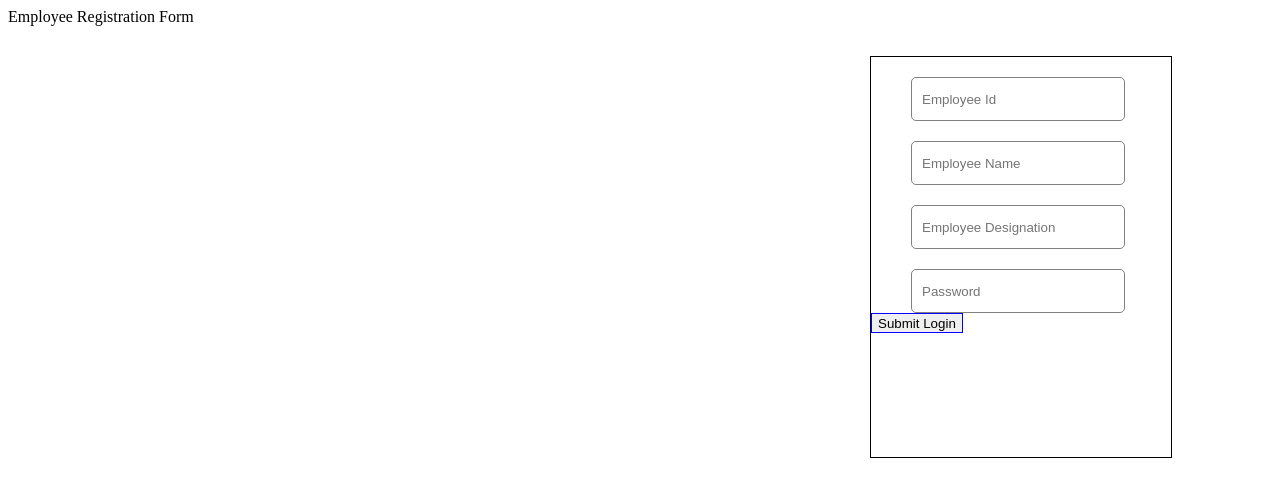
Repository: robin9533/Basic-Programs-App.
Page: GW-Genial Work Proj/GT_GenialToil/WebContent/EmployeeSignup.html
The author's editor kept a copy of each file at every save. The page is drawn from the files as they stood at one save, then again after the next save.
The browser window is 1280 px wide. The pictures show the whole page.

Above is the page before, as saved 2019-05-10 07:03:29.

### GW-Genial Work Proj/GT_GenialToil/WebContent/EmployeeSignup.html
<!DOCTYPE html>
<html>
<head>Employee Registration Form
<meta charset="ISO-8859-1">
<title>Employee Registration Form </title>
<link rel="Stylesheet" type="text/css" href="EmployeeSignup.css">
</head>
<body>
<br>

<div class ="registrationblock">

<Form>

<input type = "text" name="empId" placeholder="Employee Id">
<input type ="text" name="empName" placeholder="Employee Name">
<input type ="text" name = "empDes" placeholder="Employee Designation">
<input type = "password" name = "empPass" placeholder="Password">
<button type="button">Submit Login</button>

</Form>
</div>

</body>
</html>

### GW-Genial Work Proj/GT_GenialToil/WebContent/EmployeeSignup.css
@charset "ISO-8859-1";

.body{
	background-color: blue;
}
.registrationblock {
	height:400px;
	width: 300px;
	float:right;
	border:1px solid black;
	margin-top: 30px;
	margin-right: 100px
}
.registrationblock input{
	width: 200px;
	height:40px;
	margin-top: 20px;
	margin-left:40px;
	border: none;
	border:1px solid gray;
	border-radius: 5px;
	padding-left: 10px;
}
.registrationblock button{
	widht:100px;
	height: 20px;
	border: 1px solid blue;
	}
.h1{
	center
	}

After the next save:
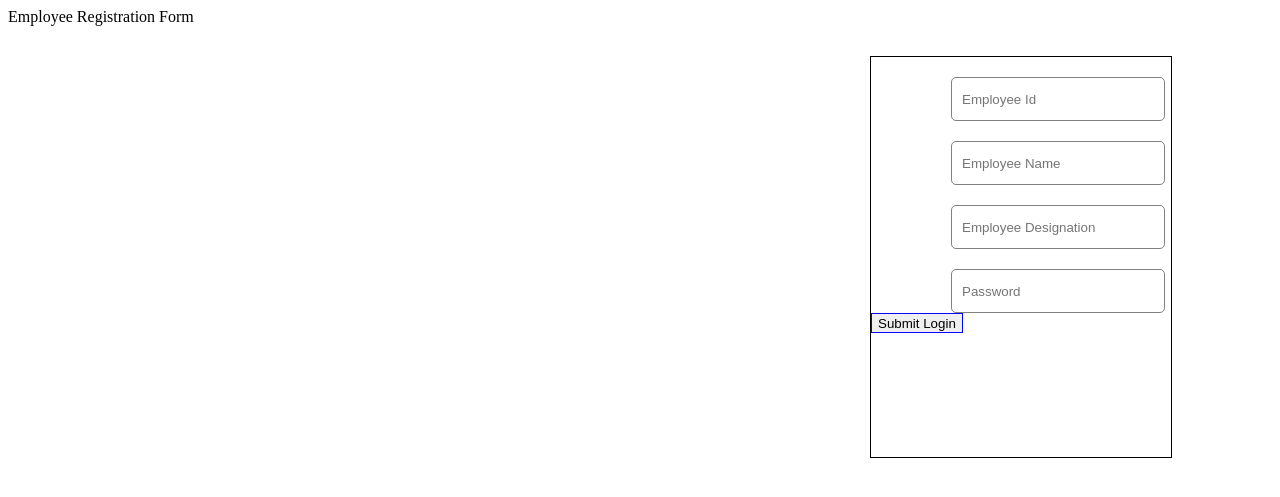
Saved 11 s later.
--- a/GW-Genial Work Proj/GT_GenialToil/WebContent/EmployeeSignup.css
+++ b/GW-Genial Work Proj/GT_GenialToil/WebContent/EmployeeSignup.css
@@ -15,7 +15,7 @@
 	width: 200px;
 	height:40px;
 	margin-top: 20px;
-	margin-left:40px;
+	margin-left:80px;
 	border: none;
 	border:1px solid gray;
 	border-radius: 5px;
